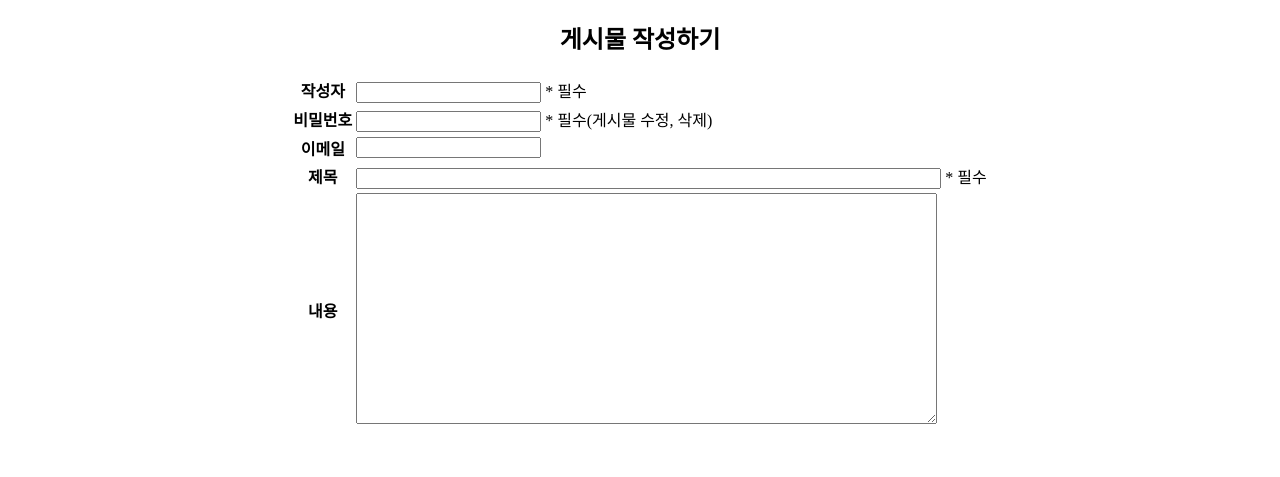
Repository: angwanghyeon/eclipse
Page: http://localhost/sec11/board/boardWrite.jsp
The author's editor kept a copy of each file at every save. The page is drawn from the files as they stood at one save, then again after the next save.
The browser window is 1280 px wide. The pictures show the whole page.
The page is served by Tomcat 9. Other server files are loaded and not shown.

Above is the page before, as saved 2023-09-06 01:31:55.

### sec11/src/main/webapp/board/boardWrite.jsp
<%@ page language="java" contentType="text/html; charset=UTF-8"
	pageEncoding="UTF-8"%>
<!DOCTYPE html>
<html>
<head>
<meta charset="UTF-8">
<title>게시물 작성하기</title>
</head>
<body>
	<div id="wrap" align="center">
		<h2>게시물 작성하기</h2>
		<form action="BoardServlet" name="frm" method="post">
		<input type="hidden" name="command" value="board_write">
		 <table>
			 <tr>
				<th>작성자</th>
				<td><input type="text" name="name"> * 필수 </td>
			 </tr>
			 <tr>
				<th>비밀번호</th>
				<td><input type="password" name="pass"> * 필수(게시물 수정, 삭제)</td>
			 </tr>
			 <tr>
				<th>이메일</th>
				<td><input type="email" name="email"></td>
			 </tr>
			 <tr>
				<th>제목</th>
				<td><input type="text" name="title" size="70"> * 필수 </td>
			 </tr>
			 <tr>
				<th>내용</th>
				<td><textarea name="content" rows="15" cols="70"> </textarea></td>
			 </tr>
		 </table>
		</form>
	</div>
</body>
</html>

After the next save:
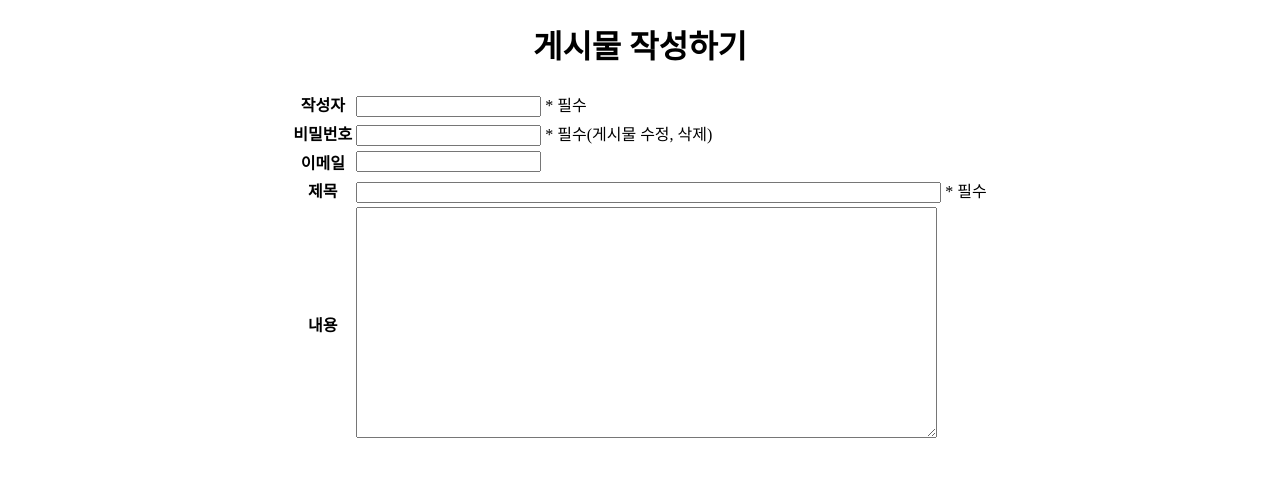
Saved 11 s later.
--- a/sec11/src/main/webapp/board/boardWrite.jsp
+++ b/sec11/src/main/webapp/board/boardWrite.jsp
@@ -8,7 +8,7 @@
 </head>
 <body>
 	<div id="wrap" align="center">
-		<h2>게시물 작성하기</h2>
+		<h1>게시물 작성하기</h1>
 		<form action="BoardServlet" name="frm" method="post">
 		<input type="hidden" name="command" value="board_write">
 		 <table>
